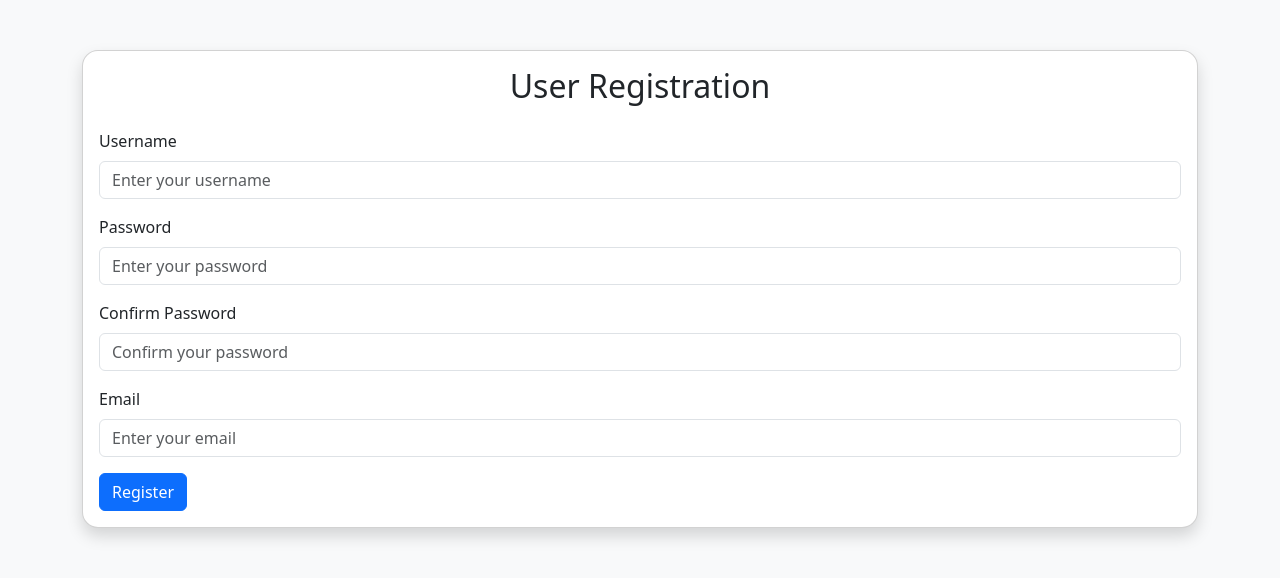
Repository: Abdulahi338/Book-management-system
Page: http://localhost/libray/register.php
These files come from the project's save history. The page is drawn as it stood at one moment and after the next save; the edit follows.
The browser window is 1280 px wide. The pictures show the whole page.
The page is run by PHP 8.4 with error messages shown; the project is at /var/www/html/.

Above is the page before, as saved 2024-08-22 16:21:04.

After the next save:
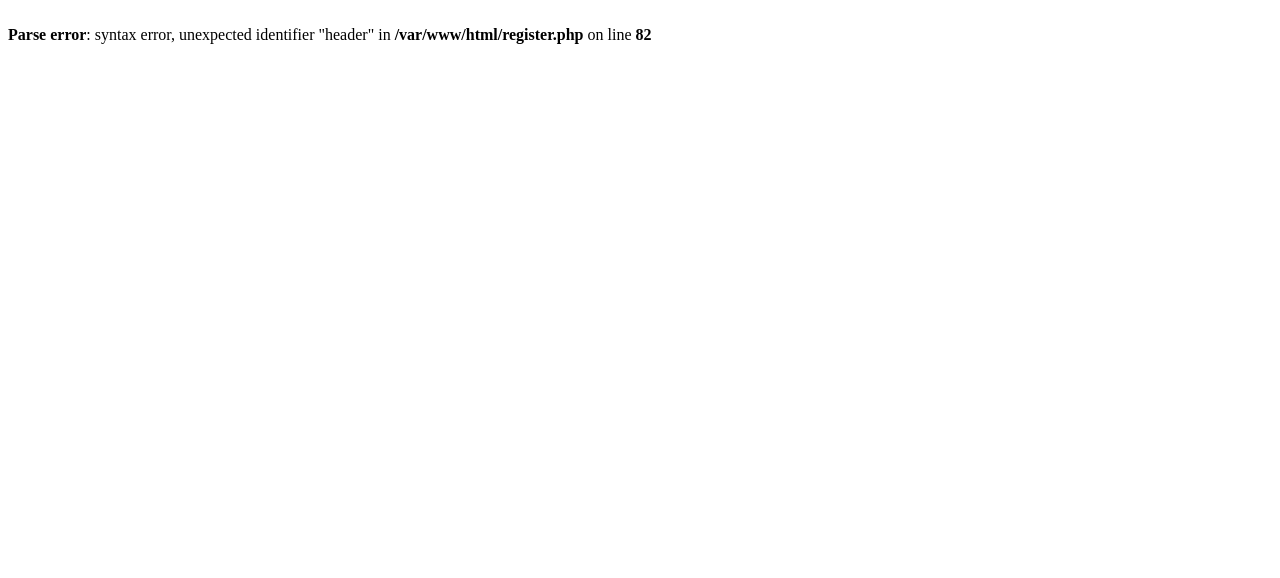
Saved 5 s later.
--- a/register.php
+++ b/register.php
@@ -79,8 +79,7 @@
 
             if ($query){
                 sendEmail($user,$email,$code);
-                $message = "<div class='alert alert-success'>Registration successful. You can now <a href='login.php'>login</a>.</div>";
-            header("location: verify.php");
+                $_SESSION['status']            header("location: verify.php");
                 exit(0);
             }else{
 

After the 2 saves that followed:
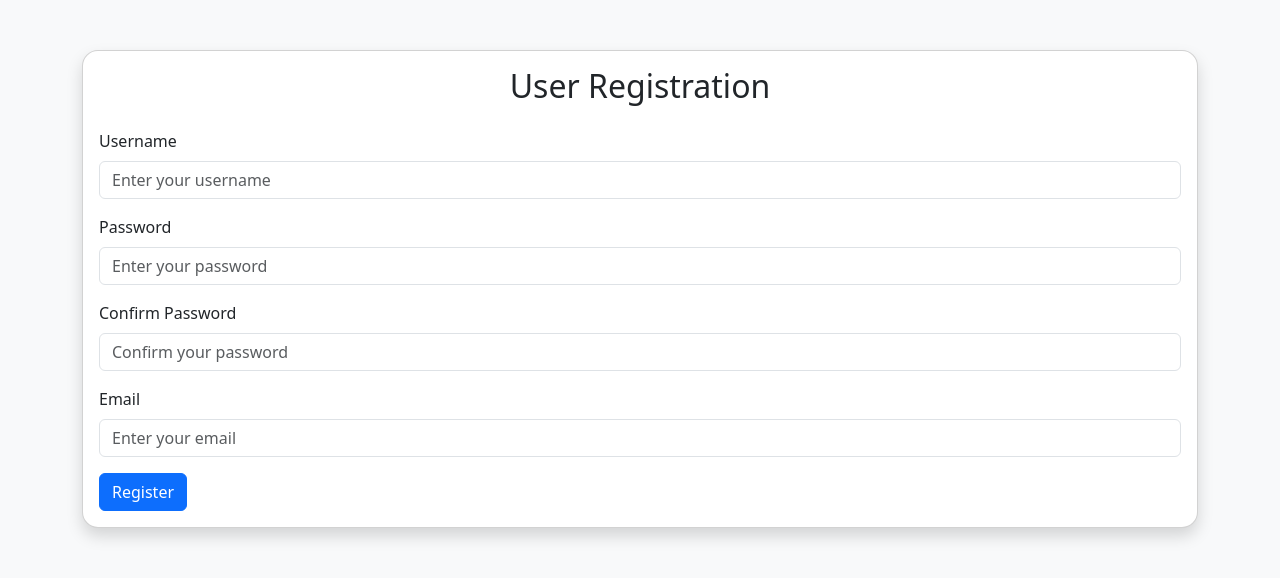
The 2 saves are shown as one change because they came seconds apart.
The last was saved 5 s later.
--- a/register.php
+++ b/register.php
@@ -79,7 +79,8 @@
 
             if ($query){
                 sendEmail($user,$email,$code);
-                $_SESSION['status']            header("location: verify.php");
+                $message = "<div class='alert alert-success'>Registration successful. You can now <a href='login.php'>login</a>.</div>";
+            header("location: verify.php");
                 exit(0);
             }else{
 
